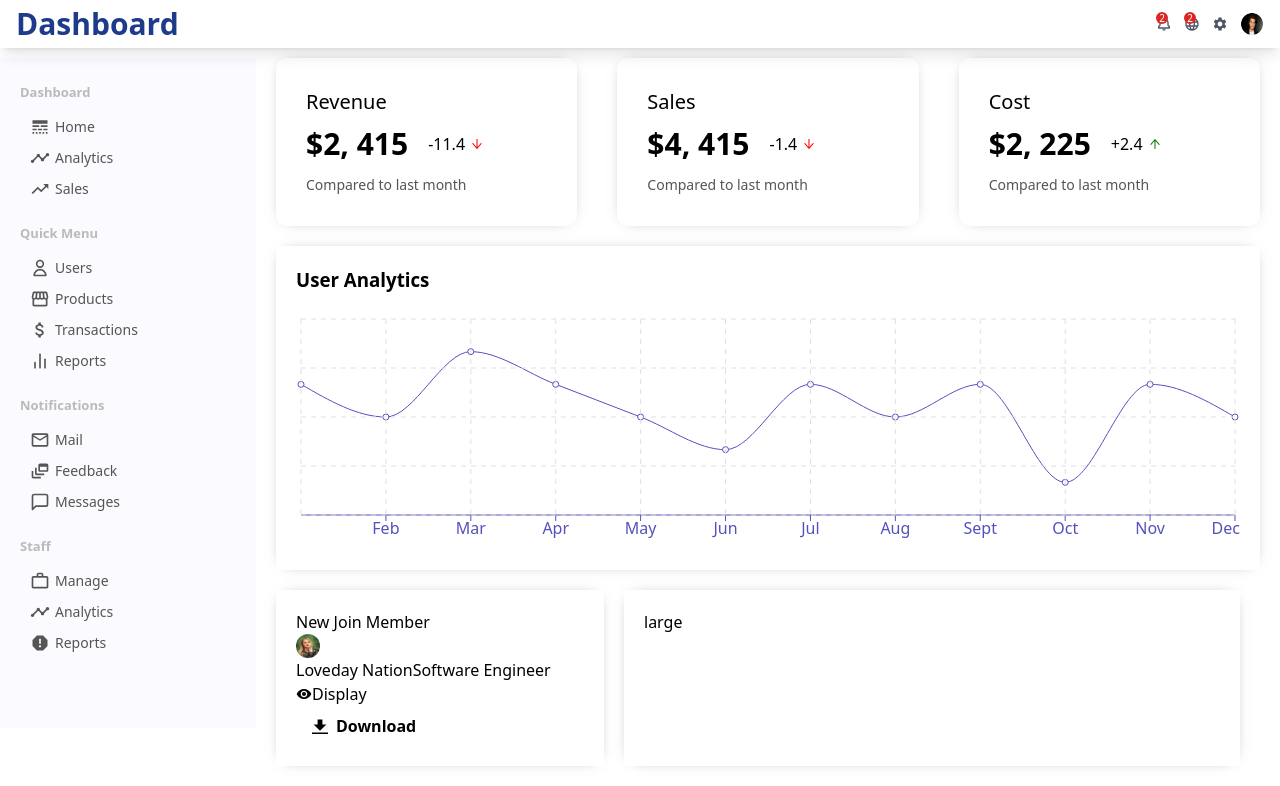
Repository: nation430/React-AdminDashboard
Page: /
An editor plug-in stored every save of this project. The page is shown before and after the next save, followed by the edit.
The browser window is 1280 px wide. The pictures show the whole page.
The project was rebuilt for these pictures with package versions that can differ from the ones it lists, and the page was loaded fresh each time.

Above is the page before, as saved 2022-08-22 12:51:29.

### public/index.html
<!DOCTYPE html>
<html lang="en">
  <head>
    <meta charset="utf-8" />
    <meta name="viewport" content="width=device-width, initial-scale=1" />
    <meta name="theme-color" content="#000000" />
    <meta
      name="description"
      content="Web site created using create-react-app"
    />
    <link rel="preconnect" href="https://fonts.googleapis.com" />
    <link rel="preconnect" href="https://fonts.gstatic.com" crossorigin />
    <link
      href="https://fonts.googleapis.com/css2?family=Source+Sans+Pro:wght@200;300;400;600;700&display=swap"
      rel="stylesheet"
    />

    <title>React Admin Dashboard</title>
  </head>
  <body>
    <noscript>You need to enable JavaScript to run this app.</noscript>
    <div id="root"></div>
  </body>
</html>

### src/index.css
@tailwind base;
h1 {
  @apply text-2xl;
}
h2 {
  @apply text-xl;
}
h3 {
  @apply text-lg;
}
@tailwind components;
@tailwind utilities;

* {
  margin: 0;
  padding:0;
  box-sizing: border-box;

}

### src/App.js
import Topbar from "./components/topbar/Topbar";
import Sidebar from "./components/sidebar/Sidebar";
import Home from "./pages/home/Home";
import "./app.css";

function App() {
  return (
    <div>
      <Topbar />
      <div className="wrapper flex h-full">
        <Sidebar />
        <Home />
      </div>
    </div>
  );
}

export default App;

### src/components/topbar/Topbar.jsx
import React from "react";
import  "./topbar.css";
import { BiBell } from 'react-icons/bi';
import { MdLanguage, MdSettings  } from "react-icons/md";


export default function Topbar () {
    return(
        <div className="topbar w-full h-12 bg-white sticky top-0 z-50 shadow-lg ">
            <div className="topbarWeapper flex items-center justify-between h-full px-4 py-0">
            <div className="topLeft">
                <span className="logo font-bold text-3xl text-blue-900 cursor-pointer ...">Dashboard</span>
            </div>
            <div className="topRight flex items-center">

                {/* First icon  */}
                <div className="topbarIconsContainer relative cursor-pointer ... ml-3 text-gray-600">
                <BiBell />
                <span className="topIconBadge absolute text-white bg-red-600 right-1 -top-1 flex items-center justify-center rounded-full text-xs h-3 w-3">2</span>
                </div>

                   {/*second icon  */}
                <div className="topbarIconsContainer relative cursor-pointer ... ml-3 text-gray-600">
                <MdLanguage />
                <span className="topIconBadge absolute text-white bg-red-600 right-1 -top-1 flex items-center justify-center rounded-full text-xs h-3 w-3">2</span>
                </div>


                    {/*third icon  */}
                <div className="topbarIconsContainer relative cursor-pointer ... mx-3 text-gray-600">
                < MdSettings  />
                </div>

                <img src="images/img.png" alt="BigCo Inc. logo"  className="topAvater w-6 h-6 rounded-full cursor-pointer ..."/>

            </div>
            </div>
        </div>
    )

}

### src/components/sidebar/Sidebar.jsx
import "./sidebar.css";
import { MdLineStyle, MdOutlineTimeline, MdTrendingUp, MdStorefront, MdAttachMoney, MdOutlineMail, MdDynamicFeed, MdWorkOutline, MdReport} from "react-icons/md";
import { HiOutlineUser} from "react-icons/hi";
import { FiBarChart2, FiMessageSquare} from "react-icons/fi";

export default function sidebar(){
    return(
        <div className="sidebar sticky">
        <div className="sidebarWrapper p-5">
            {/* first sidenavbar */}
            <div className="sidebarMenu mb-2.5">
                <h3 className="sidebarTitle">Dashboard</h3>
                <ul className="sidebarList px-4 py-0">
                    <li className="sidebarListItems flex items-center">
                    <MdLineStyle className="sidebarIcon"/>
                    Home
                    </li>

                    <li className="sidebarListItems flex items-center">
                    <MdOutlineTimeline className="sidebarIcon" />
                    Analytics
                    </li>


                    <li className="sidebarListItems flex items-center">
                    <MdTrendingUp className="sidebarIcon" />
                   Sales
                    </li>
                </ul>
            </div>

            {/* second sidenavbar */}
            <div className="sidebarMenu mb-2.5">
                <h3 className="sidebarTitle">Quick Menu</h3>
                <ul className="sidebarList px-4 py-1">
                    <li className="sidebarListItems flex items-center">
                    <HiOutlineUser className="sidebarIcon" />
                    Users
                    </li>

                    <li className="sidebarListItems flex  items-center" >
                    <MdStorefront className="sidebarIcon" />
                    Products
                    </li>

                    <li className="sidebarListItems flex items-center">
                    <MdAttachMoney className="sidebarIcon" />
                   Transactions
                    </li>


                    <li className="sidebarListItems flex items-center">
                    <FiBarChart2 className="sidebarIcon" />
                   Reports
                    </li>
                </ul>
            </div>

                {/* third sidenavbar */}
                <div className="sidebarMenu mb-2.5">
                <h3 className="sidebarTitle">Notifications</h3>
                <ul className="sidebarList px-4 py-1">
                    <li className="sidebarListItems flex items-center">
                    <MdOutlineMail className="sidebarIcon" />
                    Mail
                    </li>

                    <li className="sidebarListItems flex  items-center" >
                    <MdDynamicFeed className="sidebarIcon" />
                    Feedback
                    </li>

                    <li className="sidebarListItems flex items-center">
                    <FiMessageSquare className="sidebarIcon" />
                   Messages
                    </li>
                </ul>
            </div>

                {/* fourth sidenavbar */}
                <div className="sidebarMenu mb-2.5">
                <h3 className="sidebarTitle">Staff</h3>
                <ul className="sidebarList px-4 py-1">
                    <li className="sidebarListItems flex items-center">
                    <MdWorkOutline className="sidebarIcon" />
                    Manage
                    </li>

                    <li className="sidebarListItems flex  items-center" >
                    <MdOutlineTimeline className="sidebarIcon" />
                    Analytics
                    </li>

                    <li className="sidebarListItems flex items-center">
                    <MdReport className="sidebarIcon" />
                   Reports
                    </li>
                </ul>
            </div>
        </div>
        </div>
    )
}

### src/pages/home/Home.jsx
import "./home.css"
import FeaturedInfo from "../../featuredInfo/featuredInfo"
import Chart from "../../chart/Chart"
import { userData } from "../../dummyData"
import WidgetLg from "../../widgetLg/WidgetLg"
import WidgetSm from "../../widgetSm/WidgetSm"




export default function Home(){
    return (
        <div className="home">
            <FeaturedInfo/>
            <Chart data={userData} dataKey = "Active User" title = "User Analytics" grid/>
            <div className="widget flex m-5">
            <WidgetSm/>
            <WidgetLg/>
            </div>

        </div>
    )
}

### src/app.css

* {
    margin: 0;
    padding:0;
    box-sizing: border-box;

}


h1{
    font-size: 2em ;
    font-weight: bolder;
}

h2{
    font-size: 1.5em ;
    font-weight: bolder;
}

h3{
    font-size: 1.17em ;
    font-weight: bolder;
}

.wrapper{
    margin-top:10px;
}

### src/components/topbar/topbar.css
.text-xs{
    font-size: 10px;
  }

### src/components/sidebar/sidebar.css
.sidebar{
    flex: 1;
    height: calc(100vh - 50px);
    top:50px;
    background:rgb(251, 251, 255);
}

.sidebarWrapper{
    color: #555;
}

.sidebarTitle{
    font-size: 13px;
    color:rgb(187, 186, 186);
}

.sidebarList{
    padding:5px;
    font-size: 14px;;
}


.sidebarListItems {
    padding:5px;
    cursor: pointer;
    border-radius: 10px;
}

.sidebarListItems.active,
.sidebarListItems:hover{
    background:rgb(228, 228, 250);
}

.sidebarIcon{
    margin-right:5px;
    font-size:20px;
}

### src/pages/home/home.css
.home {
    flex:4;

}

### src/featuredInfo/featuredInfo.jsx
import "./featuredInfo.css"
import { AiOutlineArrowDown, AiOutlineArrowUp} from "react-icons/ai";

export default function fearturedInfo(){
    return (
        <div className="featured w-full flex justify-between">
            {/* first feature */}
            <div className="featuredItem">
                <span className="featuredTitle text-xl">Revenue</span>
                <div className="featuredMoneyContainer flex ">
                    <span className="featuredMoney font-semibold text-3xl">$2, 415</span>
                    <span className="featuredMonetRate flex items-center">-11.4
                    <AiOutlineArrowDown className="featuredIcon negative"/>
                    </span>
                </div>
                <span className="featuredSub">Compared to last month</span>
            </div>

            {/* second feature */}
              <div className="featuredItem">
                <span className="featuredTitle text-xl">Sales</span>
                <div className="featuredMoneyContainer flex">
                    <span className="featuredMoney font-semibold text-3xl">$4, 415</span>
                    <span className="featuredMonetRate flex items-center">-1.4
                    <AiOutlineArrowDown className="featuredIcon negative"/>
                    </span>
                </div>
                <span className="featuredSub">Compared to last month</span>
            </div>

            {/* third feature */}
            <div className="featuredItem">
                <span className="featuredTitle text-xl">Cost</span>
                <div className="featuredMoneyContainer flex">
                    <span className="featuredMoney font-semibold text-3xl">$2, 225</span>
                    <span className="featuredMonetRate flex items-center">+2.4
                    <AiOutlineArrowUp className="featuredIcon"/>
                    </span>
                </div>
                <span className="featuredSub">Compared to last month</span>
            </div>
        </div>
    )
}

### src/chart/Chart.jsx
import "./chart.css"
import { LineChart, Line, XAxis, CartesianGrid, Tooltip, ResponsiveContainer } from 'recharts';

export default function Chart({title, data, dataKey, grid}){

    return(
        <div className="chart p-5 m-5">
            <h3 className="chartfile mb-5">{title}</h3>
            <ResponsiveContainer width="100%" aspect={4 / 1}>
        <LineChart data={data}>
          <XAxis dataKey="name" stroke="#5550bd" />
          <Line type="monotone" dataKey={dataKey} stroke="#5550bd" />
          <Tooltip />
     {  grid && <CartesianGrid strokeDasharray="5 5" stroke="#e0dfdf" />}
        </LineChart>
      </ResponsiveContainer>
        </div>
    )
}

### src/dummyData.js
export const userData = [
  {
    name: "Jan",
    "Active User": 4000,
  },
  {
    name: "Feb",
    "Active User": 3000,
  },
  {
    name: "Mar",
    "Active User": 5000,
  },
  {
    name: "Apr",
    "Active User": 4000,
  },
  {
    name: "May",
    "Active User": 3000,
  },
  {
    name: "Jun",
    "Active User": 2000,
  },
  {
    name: "Jul",
    "Active User": 4000,
  },
  {
    name: "Aug",
    "Active User": 3000,
  },
  {
    name: "Sept",
    "Active User": 4000,
  },
  {
    name: "Oct",
    "Active User": 1000,
  },
  {
    name: "Nov",
    "Active User": 4000,
  },
  {
    name: "Dec",
    "Active User": 3000,
  },
];

### src/widgetLg/WidgetLg.jsx
import "./widgetLg.css"

export default function widgetLg(){
    return(
        <div className="widgetLg p-5 mr-5">
            large
        </div>
    )
}

### src/widgetSm/WidgetSm.jsx
import "./widgetSm.css"
import {MdVisibility  } from "react-icons/md";

export default function widgetSm(){
    return(
        <div className="widgetSm p-5 mr-5">
            <span className="widgetSmTitle">New Join Member</span>
            <ul className="widgetSmList">
                <li className="widgetSmListItem">
                <img src="images/member1.jpg" alt="BigCo Inc. logo"  className="memberAvater w-6 h-6 rounded-full  cursor-pointer ..."/>
                <div className="widegetSmUser">
                <span className="widgetSmUsername">Loveday Nation</span>
                 <span className="widgetSmUserTitle">Software Engineer</span>
                </div>
                <button type="button" className="widgetSmButton bg-grey-900 flex items-center border-none">
               <MdVisibility/>
               Display
                </button>
                <button class="bg-grey-900 hover:bg-grey text-grey-darkest font-bold py-2 px-4 rounded inline-flex items-center">
  <svg class="w-4 h-4 mr-2" xmlns="http://www.w3.org/2000/svg" viewBox="0 0 20 20"><path d="M13 8V2H7v6H2l8 8 8-8h-5zM0 18h20v2H0v-2z"/></svg>
  <span>Download</span>
</button>
                </li>
            </ul>
        </div>
    )
}

### src/featuredInfo/featuredInfo.css
.featuredItem{
    flex: 1;
    margin:0px 20px;
    padding:30px;
    border-radius: 10px;
    cursor: pointer;
    box-shadow: 0px 0px 15px -10px rgba(0,0,0,0.75);
-webkit-box-shadow:0px 0px 15px -10px rgba(0,0,0,0.75);
-moz-box-shadow: 0px 0px 15px -10px rgba(0,0,0,0.75);
}

.featuredMoneyContainer{
    margin:10px 0px;
}

.featuredMonetRate{
    margin-left: 20px;

}

.featuredIcon{
    font-size: 14px;
    margin-left:5px;
    color:green;
}

.featuredIcon.negative{
    color:red;
}


.featuredSub{
    font-size: 14px;
    color:#555;
}

### src/chart/chart.css
.chart{
    box-shadow: 0px 0px 15px -10px rgba(0,0,0,0.75);
    -webkit-box-shadow:0px 0px 15px -10px rgba(0,0,0,0.75);
    -moz-box-shadow: 0px 0px 15px -10px rgba(0,0,0,0.75);
}

### src/widgetLg/widgetLg.css
.widgetLg{
    flex: 2;
    box-shadow: 0px 0px 15px -10px rgba(0,0,0,0.75);
    -webkit-box-shadow:0px 0px 15px -10px rgba(0,0,0,0.75);
    -moz-box-shadow: 0px 0px 15px -10px rgba(0,0,0,0.75);

}

### src/widgetSm/widgetSm.css
.widgetSm{
    flex: 1;
    box-shadow: 0px 0px 15px -10px rgba(0,0,0,0.75);
    -webkit-box-shadow:0px 0px 15px -10px rgba(0,0,0,0.75);
    -moz-box-shadow: 0px 0px 15px -10px rgba(0,0,0,0.75);
}

Loaded but not shown: src/index.js (common file); tailwind.config.js (common file)

After the next save:
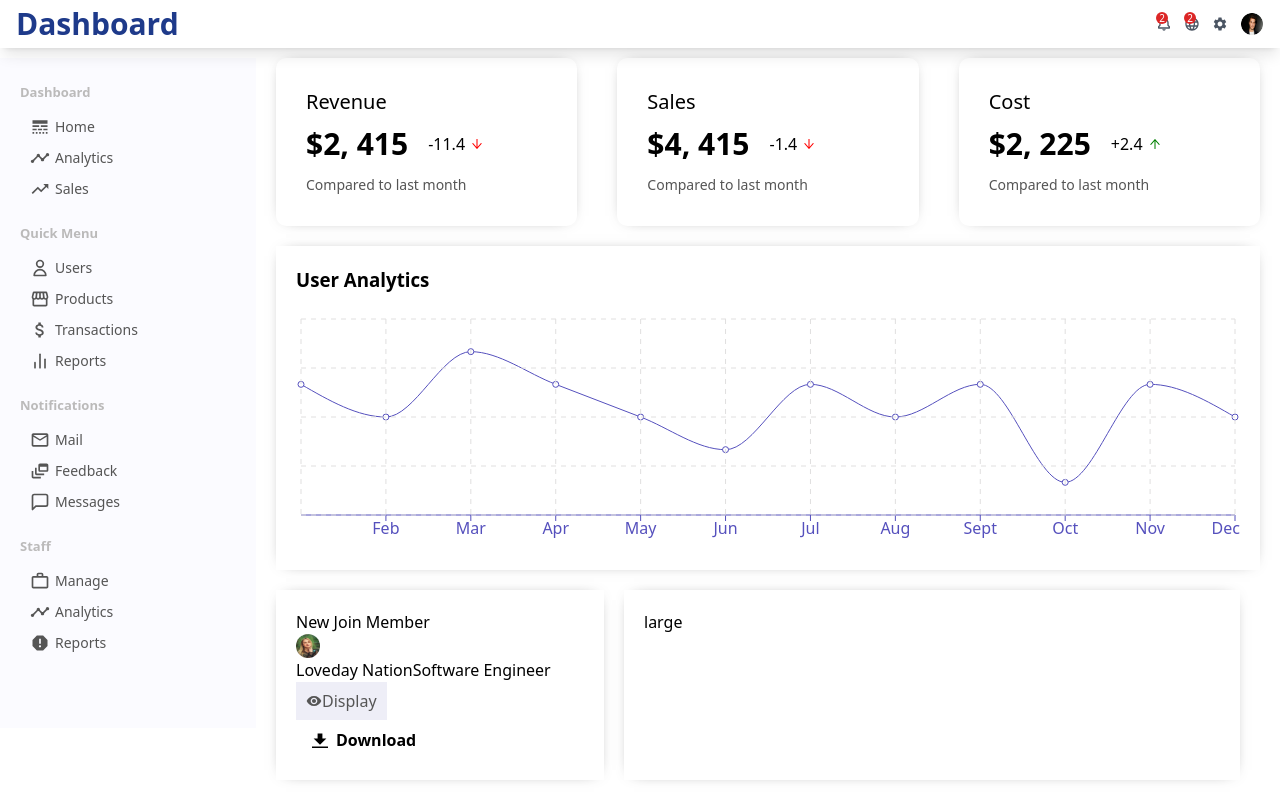
Saved 2 min 25 s later.
--- a/src/widgetSm/widgetSm.css
+++ b/src/widgetSm/widgetSm.css
@@ -4,3 +4,10 @@
     -webkit-box-shadow:0px 0px 15px -10px rgba(0,0,0,0.75);
     -moz-box-shadow: 0px 0px 15px -10px rgba(0,0,0,0.75);
 }
+
+.widgetSmButton{
+    border:none;
+    padding:7px 10px;
+    background: #eeeef7;
+    color:#555;
+}
